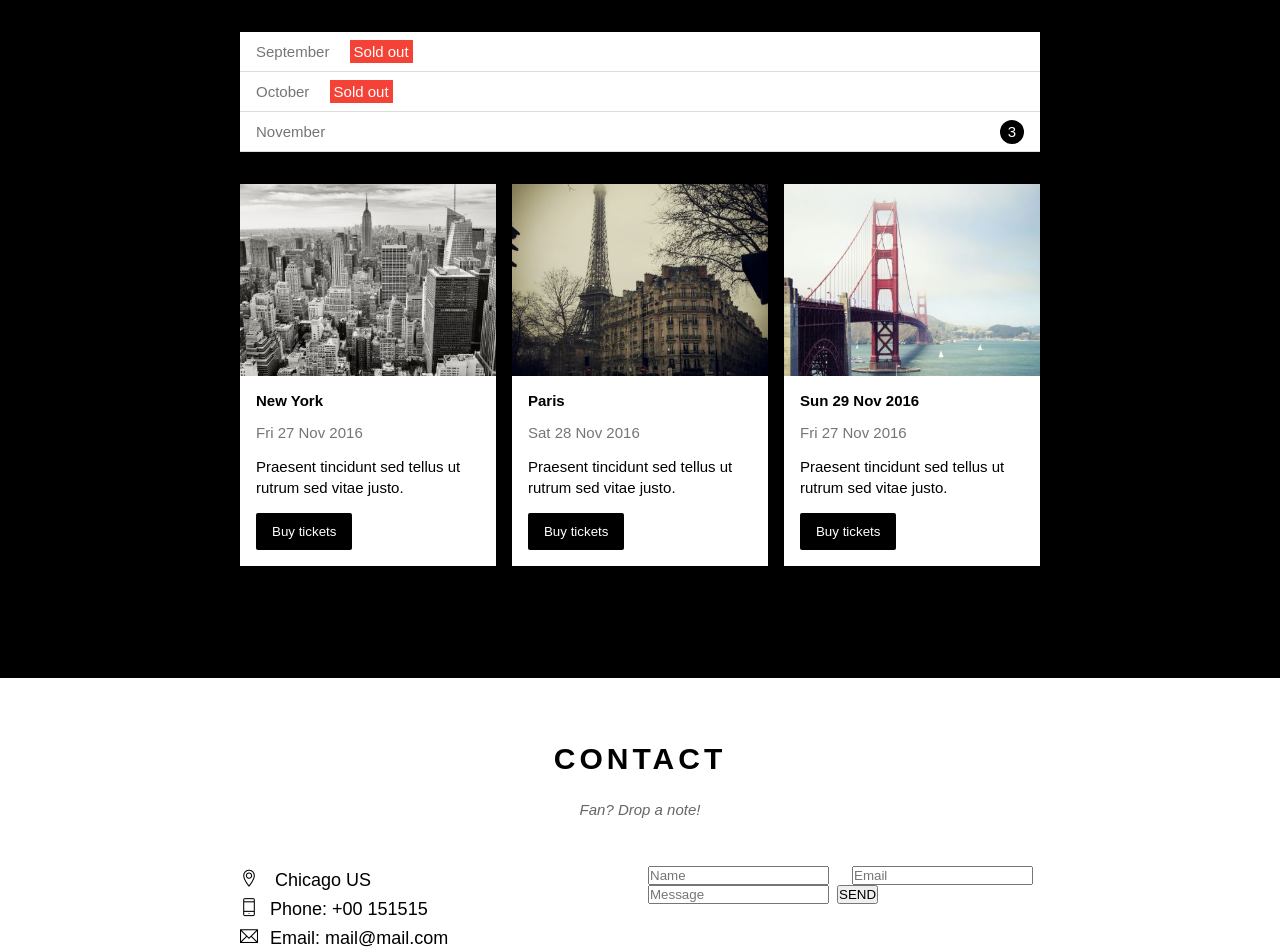
Repository: Phunobita/The-band-w3school
Page: index.html
An editor plug-in stored every save of this project. The page is shown before and after the next save, followed by the edit.
The browser window is 1280 px wide. The pictures show the part of the page from y = 1091 to 2043 px (the page is 2043 px tall).
A picture or video elsewhere on the page could not be fetched, so the positions and the page height are approximate.

Above is the page before, as saved 2021-12-03 16:00:47.

### index.html
<!DOCTYPE html>
<html lang="en">

<head>
    <meta charset="UTF-8">
    <meta http-equiv="X-UA-Compatible" content="IE=edge">
    <meta name="viewport" content="width=device-width, initial-scale=1.0">
    <title>The band</title>
    <link rel="stylesheet" href="./assets/fonts/themify-icons-font/themify-icons/themify-icons.css">
    <link rel="stylesheet" href="./assets/css/style.css">
</head>

<body>
    <div id="main">
        <div id="header">
            <!--Begin nav-->
            <ul id="nav">
                <li><a href="">Home</a></li>
                <li><a href="">Band</a></li>
                <li><a href="">Tour</a></li>
                <li><a href="">Contact</a></li>
                <li>
                    <a href="">
                        More
                        <i class="nav-arrow-down ti-angle-down"></i>
                    </a>
                    <ul class="subnav">
                        <li><a href="">Merchandise</a></li>
                        <li><a href="">Extras</a></li>
                        <li><a href="">Media</a></li>
                    </ul>
                </li>
            </ul>
            <!--End nav-->
            <div class="search-btn">
                <i class="search-icon ti-search"></i>
            </div>
        </div>

        <div id="slider">
            <img src="./assets/img/chicago.jpg" alt="" class="slider__img">
            <div class="text-content">
                <h2 class="heading">New York</h2>
                <div class="content">The atmosphere in New York is lorem ipsum</div>
            </div>

        </div>
        <!--About section-->
        <div id="content">
            <div class="content-section">
                <h2 class="section-heading">THE BAND</h2>
                <p class="section-sub-heading">We love music</p>
                <p class="about-text">We have created a fictional band website. Lorem ipsum dolor sit amet, consectetur
                    adipiscing elit, sed do eiusmod tempor incididunt ut labore et dolore magna aliqua. Ut enim ad minim
                    veniam, quis nostrud exercitation ullamco laboris nisi ut aliquip ex ea commodo consequat. Duis aute
                    irure dolor in reprehenderit in voluptate velit esse cillum dolore eu fugiat nulla pariatur.
                    Excepteur sint occaecat cupidatat non proident, sunt in culpa qui officia deserunt mollit anim id
                    est laborum consectetur adipiscing elit, sed do eiusmod tempor incididunt ut labore et dolore magna
                    aliqua. Ut enim ad minim veniam, quis nostrud exercitation ullamco laboris nisi ut aliquip ex ea
                    commodo consequat.</p>
                <div class=" row member-list">
                    <div class="col col-third text-center">
                        <p class="member-name">Name</p>
                        <img src="./assets/img/tv.jpg" alt="Name" class="member-img">
                    </div>
                    <div class="col col-third text-center">
                        <p class="member-name">Name</p>
                        <img src="./assets/img/tv.jpg" alt="Name" class="member-img">
                    </div>
                    <div class="col col-third text-center">
                        <p class="member-name">Name</p>
                        <img src="./assets/img/tv.jpg" alt="Name" class="member-img">
                    </div>
                    <div class="clear"></div>
                </div>
            </div>

            <!--Tour section-->
            <div class="tour__section">
                <div class="content-section">
                    <h2 class="section-heading text-white">TOUR DATES</h2>
                    <p class="section-sub-heading text-white">Remember to book your tickets!</p>

                    <ul class="ticket__list">
                        <li class="ticket__list-item">
                            September
                            <span class="sold-out">Sold out</span>
                        </li>
                        <li class="ticket__list-item">
                            October
                            <span class="sold-out">Sold out</span>
                        </li>
                        <li class="ticket__list-item">
                            November
                            <span class="quantity">3</span>
                        </li>
                    </ul>
                    <div class="row place__list">
                        <div class="col col-third ">
                            <img src="./assets/img/newyork.jpg" alt="New York" class="place__img">
                            <div class="place-body">
                                <h3 class="place-heading">New York</h3>
                                <p class="place-time">Fri 27 Nov 2016</p>
                                <p class="place-description">Praesent tincidunt sed tellus ut rutrum sed vitae justo.
                                </p>
                                <button href="#" class="place-buy-btn js-buy-ticket">Buy tickets</button>
                            </div>
                        </div>
                        <div class="col col-third ">
                            <img src="./assets/img/paris.jpg" alt="New York" class="place__img">
                            <div class="place-body">
                                <h3 class="place-heading">Paris</h3>
                                <p class="place-time">Sat 28 Nov 2016</p>
                                <p class="place-description">Praesent tincidunt sed tellus ut rutrum sed vitae justo.
                                </p>
                                <button href="#" class="place-buy-btn js-buy-ticket">Buy tickets</button>
                            </div>
                        </div>
                        <div class="col col-third ">
                            <img src="./assets/img/sanfran.jpg" alt="New York" class="place__img">
                            <div class="place-body">
                                <h3 class="place-heading">Sun 29 Nov 2016</h3>
                                <p class="place-time">Fri 27 Nov 2016</p>
                                <p class="place-description">Praesent tincidunt sed tellus ut rutrum sed vitae justo.
                                </p>
                                <button href="#" class="place-buy-btn js-buy-ticket">Buy tickets</button>
                            </div>
                        </div>
                        <div class="clear"></div>
                    </div>
                </div>
            </div>
            <!--Contact section-->
            <div class="content-section">
                <h2 class="section-heading">CONTACT</h2>
                <p class="section-sub-heading">Fan? Drop a note!</p>

                <div class="row contact-content">
                    <div class="col col-half contact-info">
                        <p><i class="contact-icon ti-location-pin"></i> Chicago US</p>
                        <p><i class="contact-icon ti-mobile"></i>Phone: +00 151515</p>
                        <p><i class="contact-icon ti-email"></i>Email: mail@mail.com</p>
                    </div>
                    <div class="col col-half contact-form">
                        <form action="">
                            <div class="row">
                                <div class="col col-half">
                                    <input type="text" name="" id="" class="form-contol" placeholder="Name">
                                </div>
                                <div class="col col-half">
                                    <input type="email" name="" id="" class="form-contol" placeholder="Email">
                                </div>
                                <div class="clear"></div>
                            </div>
                            <div class="row">
                                <div class="col col-full">
                                    <input type="" name="" id="" class="form-contol" placeholder="Message">
                                </div>
                            </div>
                            <input type="submit" value="SEND">
                        </form>
                    </div>
                </div>
            </div>

            <div id="footer">

            </div>
        </div>
        <div class="modal js-modal">
            <div class="modal-container js-modal-container">
                <div class="modal-close js-modal-close">
                    <i class="ti-close"></i>
                </div>

                <header class="modal-header">
                    <i class="modal-heading-icon ti-bag"></i>
                    Tickets
                </header>

                <div class="modal-body">
                    <label for="ticket-quantity" class="modal-label">
                        <i class="ti-shopping-cart"></i>
                        Tickets, $15 per person
                    </label>
                    <input id="ticket-quantity" type="text" class="modal-input" placeholder="How many?">

                    <label for="ticket-email" class="modal-label">
                        <i class="ti-user"></i>
                        Send To
                    </label>
                    <input id="ticket-email" type="email" class="modal-input" placeholder="Enter email">
                    <button id="buy-ticket">
                        Pay <i class="ti-check"></i>
                    </button>
                </div>
                <footer class="modal-footer">
                    <p class="modal-help">Need <a href="">help?</a></p>
                </footer>
            </div>
        </div>
    </div>

    <script>
        const buyBtns = document.querySelectorAll('.js-buy-ticket')
        const modal = document.querySelector('.js-modal')
        const modalContainer = document.querySelector('.js-modal-container')
        const modalClose = document.querySelector('.js-modal-close')

        function showBuyTickets() {
            modal.classList.add('open')
        }

        function hideBuyTickets() {
            modal.classList.remove('open')
        }

        for (const buyBtn of buyBtns) {
            buyBtn.addEventListener('click', showBuyTickets)
        }

        modalClose.addEventListener('click', hideBuyTickets)
        modal.addEventListener('click', hideBuyTickets)
        modalContainer.addEventListener('click', function (event) {
            event.stopPropagation()
        }
        )
    </script>
</body>

</html>

### assets/css/style.css
* {
  padding: 0;
  margin: 0;
  box-sizing: border-box;
}
html {
  font-family: Arial, Helvetica, sans-serif;
}
/*
1.vi tri
2. kich thuoc
3.Mau sac
4. Hinh dang
*/
.clear {
  clear: both;
}

.text-white {
  color: #fff !important;
}

.text-center {
  text-align: center !important;
}
.row {
  margin-left: -8px;
  margin-right: -8px;
}

.col {
  float: left;
  padding-left: 8px;
  padding-right: 8px;
}

.col-half {
  width: 50%;
}
.col-third {
  width: 33.3333%;
}
#main {
}
#header {
  height: 46px;
  background-color: black;
  position: fixed;
  top: 0;
  left: 0;
  right: 0;
  z-index: 1;
}
#nav {
  display: inline-block;
}
#nav,
.subnav {
  list-style-type: none;
}
#nav > li > a {
  color: #fff;
  text-transform: uppercase;
}
#nav li a {
  text-decoration: none;
  line-height: 46px;
  padding: 0 24px;
  display: block;
}
#nav > li:hover > a,
#nav .subnav li:hover a {
  color: black;
  background-color: #ccc;
}
#nav li:hover .subnav {
  display: block;
}
#nav > li {
  display: inline-block;
  position: relative;
}
#nav .nav-arrow-down {
  font-size: 14px;
}
#nav .subnav {
  display: none;
  min-width: 160px;
  position: absolute;
  top: 100%;
  background-color: white;
  box-shadow: 0 0 10px rgba(0, 0, 0, 0.3);
}
#nav .subnav a {
  color: black;
  padding: 0 12px;
  line-height: 38px;
}
#header .search-btn {
  float: right;
  padding: 0 21px;
  cursor: pointer;
}
#header .search-icon {
  color: #fff;
  font-size: 20px;
  line-height: 46px;
}
#header .search-btn:hover {
  background-color: #f44336;
}
#slider {
  margin-top: 46px;
  position: relative;
  background: url("/assets/img/chicago.jpg") top center / cover no-repeat;
}
#slider .text-content {
  position: absolute;
  bottom: 47px;
  color: white;
  width: 100%;
  text-align: center;
}
#silder .heading {
  font-weight: 500px;
  font-size: 24px;
}
#slider .content {
  font-size: 15px;
  margin-top: 25px;
}
#content {
}
#content .content-section {
  padding: 64px 0;
  width: 800px;
  margin-left: auto;
  margin-right: auto;
}
#content .section-heading {
  font-size: 30px;
  font-weight: 500px;
  text-align: center;
  letter-spacing: 4px;
}
#content .section-sub-heading {
  font-size: 15px;
  text-align: center;
  margin-top: 25px;
  font-style: italic;
  opacity: 0.6;
}
#content .about-text {
  margin-top: 25px;
  text-align: justify;
  line-height: 1.4;
  font-size: 15px;
}

#content .member-list {
  margin-top: 48px;
}
#content .member-name {
  font-size: 15px;
  margin-bottom: 15px;
}
#content .member-img {
  width: 154px;
  border-radius: 4px;
}

/* Tour section */
.tour__section {
  background-color: #000;
}

.ticket__list {
  background-color: #fff;
  margin-top: 40px;
  list-style: none;
}
.ticket__list-item {
  color: #757575;
  font-size: 15px;
  padding: 11px 16px;
  border-bottom: 1px solid #ddd;
}
.ticket__list .sold-out {
  color: #fff;
  background-color: #f44336;
  padding: 3px 4px;
  margin-left: 16px;
}
.ticket__list .quantity {
  float: right;
  width: 24px;
  height: 24px;
  background-color: #000;
  color: #fff;
  border-radius: 50%;
  text-align: center;
  line-height: 24px;
  margin-top: -3px;
}

/*  Place body*/
.place__list {
  margin-top: 32px;
  margin-bottom: 48px;
}

.place__img {
  width: 100%;
  display: block;
}
.place__img:hover {
  opacity: 0.7;
}
.place-body {
  background-color: #fff;
  padding: 16px;
  font-size: 15px;
}
.place-heading {
  font-size: 15px;
  font-weight: 600;
}
.place-time {
  margin-top: 15px;
  color: #757575;
}
.place-description {
  margin-top: 15px;
  line-height: 1.4;
}
.place-buy-btn {
  display: inline-block;
  background-color: black;
  border: none;
  color: #fff;
  text-decoration: none;
  padding: 11px 16px;
  margin-top: 15px;
  border-radius: 2px;
  cursor: pointer;
}
.place-buy-btn:hover {
  color: #000;
  background-color: #ccc;
}

/* Modal */
.modal {
  position: fixed;
  top: 0;
  left: 0;
  bottom: 0;
  right: 0;
  background-color: rgba(0, 0, 0, 0.4);
  align-items: center;
  justify-content: center;
  display: none;
}
.modal.open {
  display: flex;
}
.modal-container {
  background-color: #fff;
  width: 900px;
  max-width: calc(100% - 32px);
  min-height: 200px;
  position: relative;
  animation: modalFadeIn ease 0.5s;
}
.modal-header {
  background-color: #009688;
  height: 130px;
  display: flex;
  align-items: center;
  justify-content: center;
  font-size: 30px;
  color: #fff;
}
.modal-heading-icon {
  margin-right: 16px;
}
.modal-close {
  position: absolute;
  right: 0;
  top: 0;
  padding: 16px;
  cursor: pointer;
  color: #fff;
}
.modal-close:hover {
  background-color: #ccc;
}
.modal-body {
  padding: 16px;
}

.modal-label {
  display: block;
  font-size: 15px;
  margin-bottom: 12px;
}

.modal-input {
  border: 1px solid #ccc;
  font-size: 15px;
  width: 100%;
  padding: 10px;
  margin-bottom: 24px;
}
#buy-ticket {
  background-color: #009688;
  border: none;
  width: 100%;
  padding: 18px;
  font-size: 15px;
  color: #fff;
  text-transform: uppercase;
  font-weight: 700;
  cursor: pointer;
}
#buy-ticket:hover {
  opacity: 0.8;
}

.modal-footer {
  padding: 16px;
  text-align: right;
}
.modal-help a {
  color: #2196f3;
}

/* Contact form */
.contact-content {
  margin-top: 48px;
}

.contact-info {
  font-size: 18px;
  line-height: 1.6;
}

.contact-icon {
  display: inline-block;
  width: 30px;
}

.contact-form {
  font-size: 15px;
}

.contact-form .form-control {
  padding: 10px;
  border: 1px solid #ccc;
  width: 100%;
}
#footer {
}

@keyframes modalFadeIn {
  from {
    opacity: 0;
    transform: translateY(-150px);
  }
  to {
    opacity: 1;
    transform: translateY(0);
  }
}

Loaded but not shown: assets/fonts/themify-icons-font/themify-icons/themify-icons.css (common file)

After the next save:
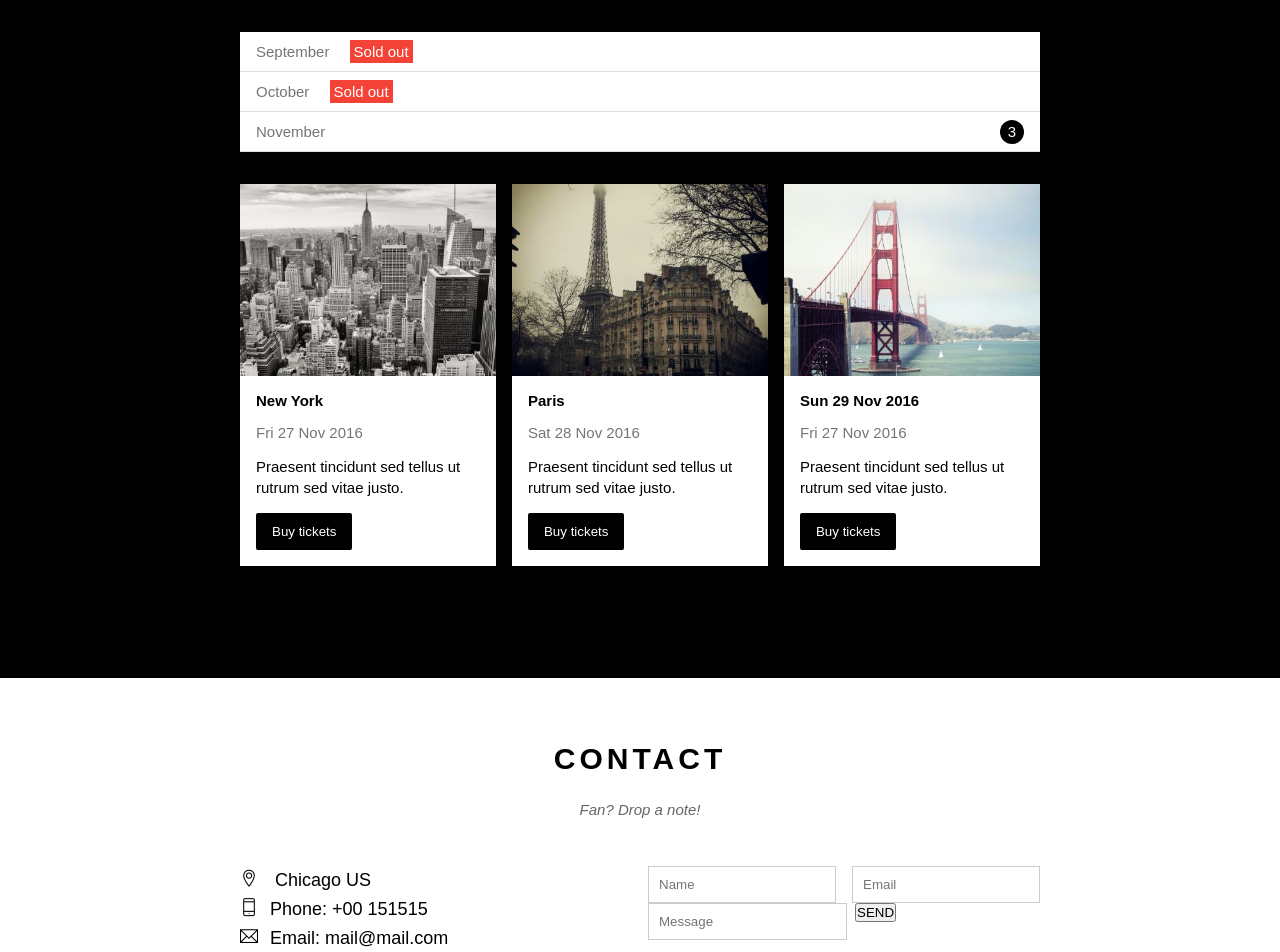
Saved 64 s later.
--- a/index.html
+++ b/index.html
@@ -145,16 +145,16 @@
                         <form action="">
                             <div class="row">
                                 <div class="col col-half">
-                                    <input type="text" name="" id="" class="form-contol" placeholder="Name">
+                                    <input type="text" name="" id="" class="form-control" placeholder="Name">
                                 </div>
                                 <div class="col col-half">
-                                    <input type="email" name="" id="" class="form-contol" placeholder="Email">
+                                    <input type="email" name="" id="" class="form-control" placeholder="Email">
                                 </div>
                                 <div class="clear"></div>
                             </div>
                             <div class="row">
                                 <div class="col col-full">
-                                    <input type="" name="" id="" class="form-contol" placeholder="Message">
+                                    <input type="" name="" id="" class="form-control" placeholder="Message">
                                 </div>
                             </div>
                             <input type="submit" value="SEND">
